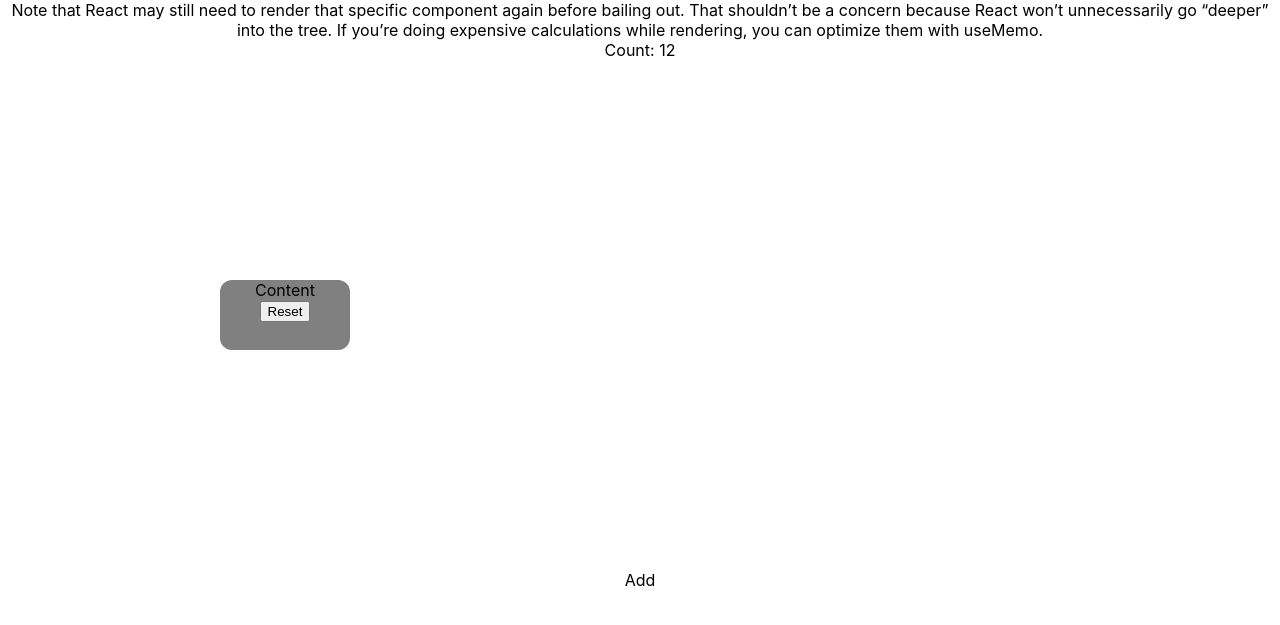
Repository: Farbod29/React-text-highlighter-with-hook-
Page: /
The author's editor kept a copy of each file at every save. The page is drawn from the files as they stood at one save, then again after the next save.
The browser window is 1280 px wide. The pictures show the whole page.
The project was rebuilt for these pictures with package versions that can differ from the ones it lists, and the page was loaded fresh each time.

Above is the page before, as saved 2022-02-18 21:09:15.

### src/App.js
import './App.css';
import Highlighter from './highlighter';
function App() {
  return (
    <div className="App">
      <Highlighter />
    </div>
  );
}

export default App;

### src/highlighter.js
import React, { useEffect, useState } from 'react';

export default function Highlighter() {
  let doit = () => {
    document.onmouseup = () => {
      console.log(window.getSelection().toString());
    };
  };
  const [count, setCount] = useState(12);
  return (
    <>
      <div>
        {' '}
        Note that React may still need to render that specific component again
        before bailing out. That shouldn’t be a concern because React won’t
        unnecessarily go “deeper” into the tree. If you’re doing expensive
        calculations while rendering, you can optimize them with useMemo.
      </div>
      Count: {count}
      {/* <button onClick={() => setCount((prevCount) => prevCount - 1)}>-</button> */}
      <div style={{ position: 'relative' }}>
        <div
          style={{
            padding: '0px 10px',
            height: '70px',
            width: '110px',
            margin: '220px',
            borderRadius: '12px',
            backgroundColor: 'gray',
            inline: true,
            fontColor: 'red',
            textAlign: 'center',
          }}
        >
          Content
          <button onClick={() => setCount(12)}>Reset</button>
        </div>
        Add {doit()}
      </div>
    </>
  );
}

Loaded but not shown: public/index.html (common file); src/index.js (common file); src/index.css (common file); src/reportWebVitals.js (common file); src/App.css (common file)

After the next save:
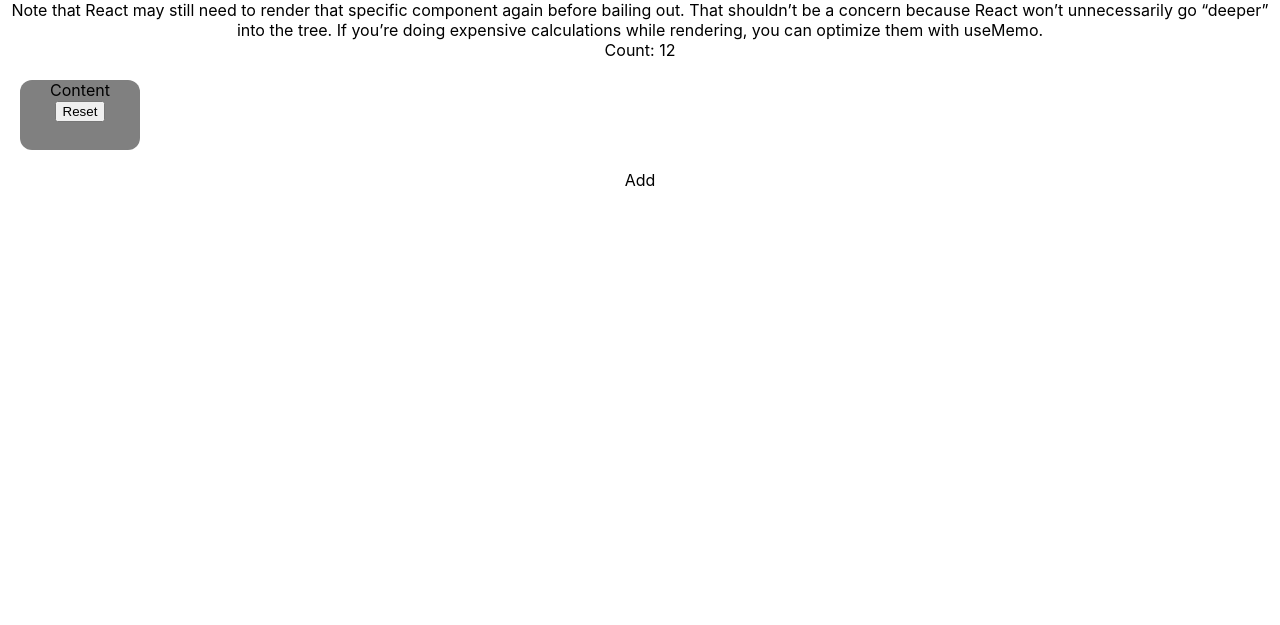
Saved 9 s later.
--- a/src/highlighter.js
+++ b/src/highlighter.js
@@ -23,8 +23,8 @@ export default function Highlighter() {
           style={{
             padding: '0px 10px',
             height: '70px',
-            width: '110px',
-            margin: '220px',
+            width: '100px',
+            margin: '20px',
             borderRadius: '12px',
             backgroundColor: 'gray',
             inline: true,
